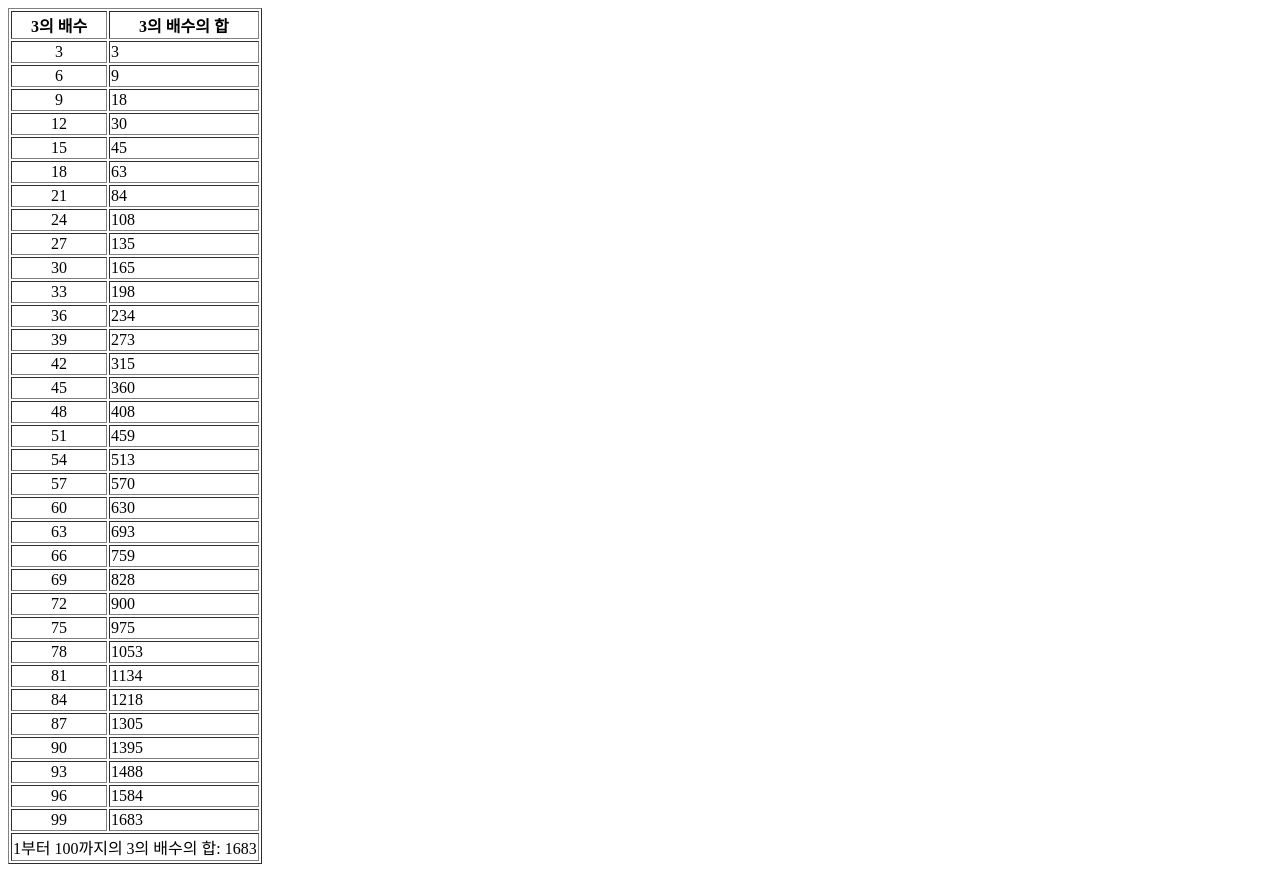
Repository: Mildous/HKIT-BackendClass
Page: http://localhost/jspExam/Q2.jsp
The author's editor kept a copy of each file at every save. The page is drawn from the files as they stood at one save, then again after the next save.
The browser window is 1280 px wide. The pictures show the whole page.
The page is served by Tomcat 9.

Above is the page before, as saved 2022-08-25 05:10:16.

After the next save:
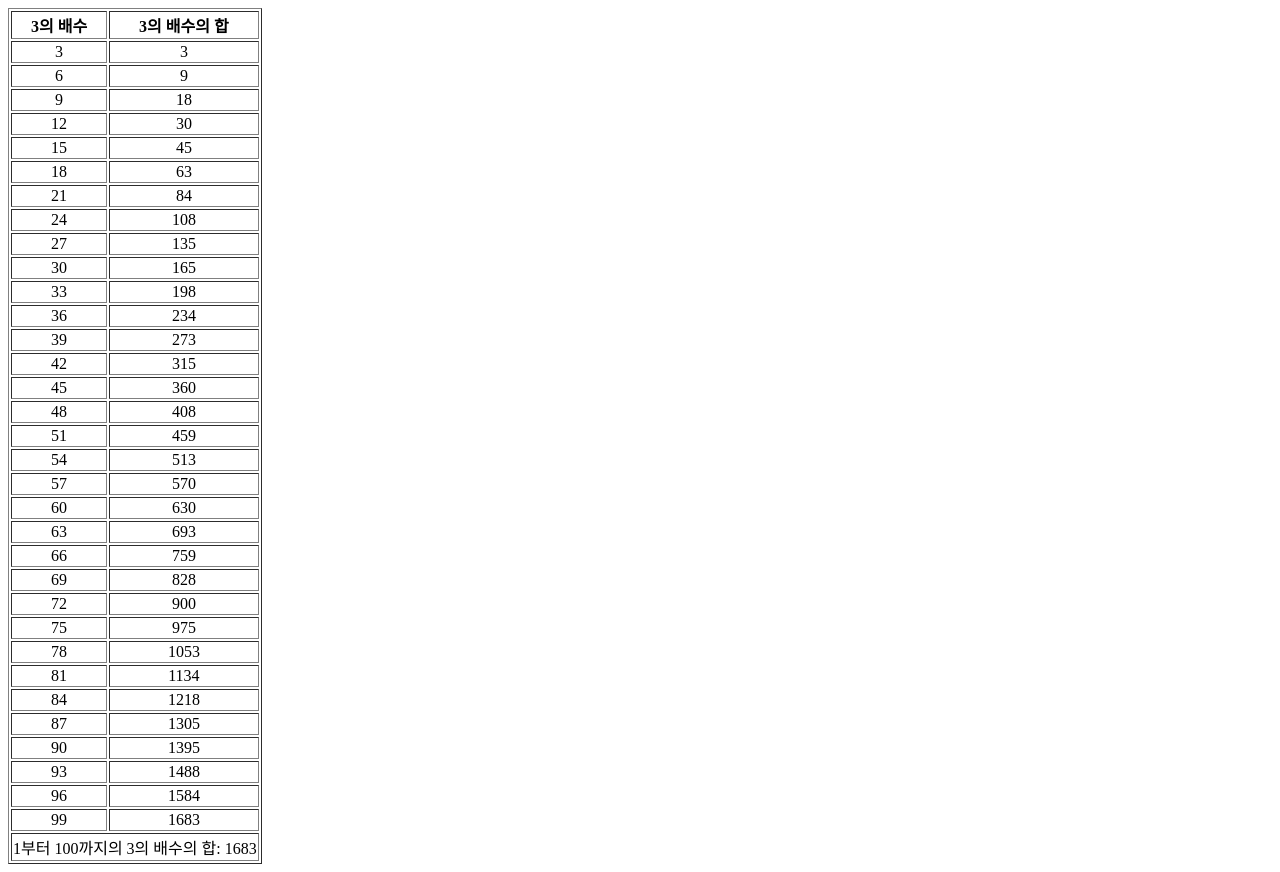
Saved 9 s later.
--- a/workspace/jsp/jspExam/WebContent/Q2.jsp
+++ b/workspace/jsp/jspExam/WebContent/Q2.jsp
@@ -23,7 +23,7 @@
 %>
 <tr>
 	<td align="center"><%= i %></td>
-	<td><%= total %></td>
+	<td align="center"><%= total %></td>
 </tr>
 <%
 	}
